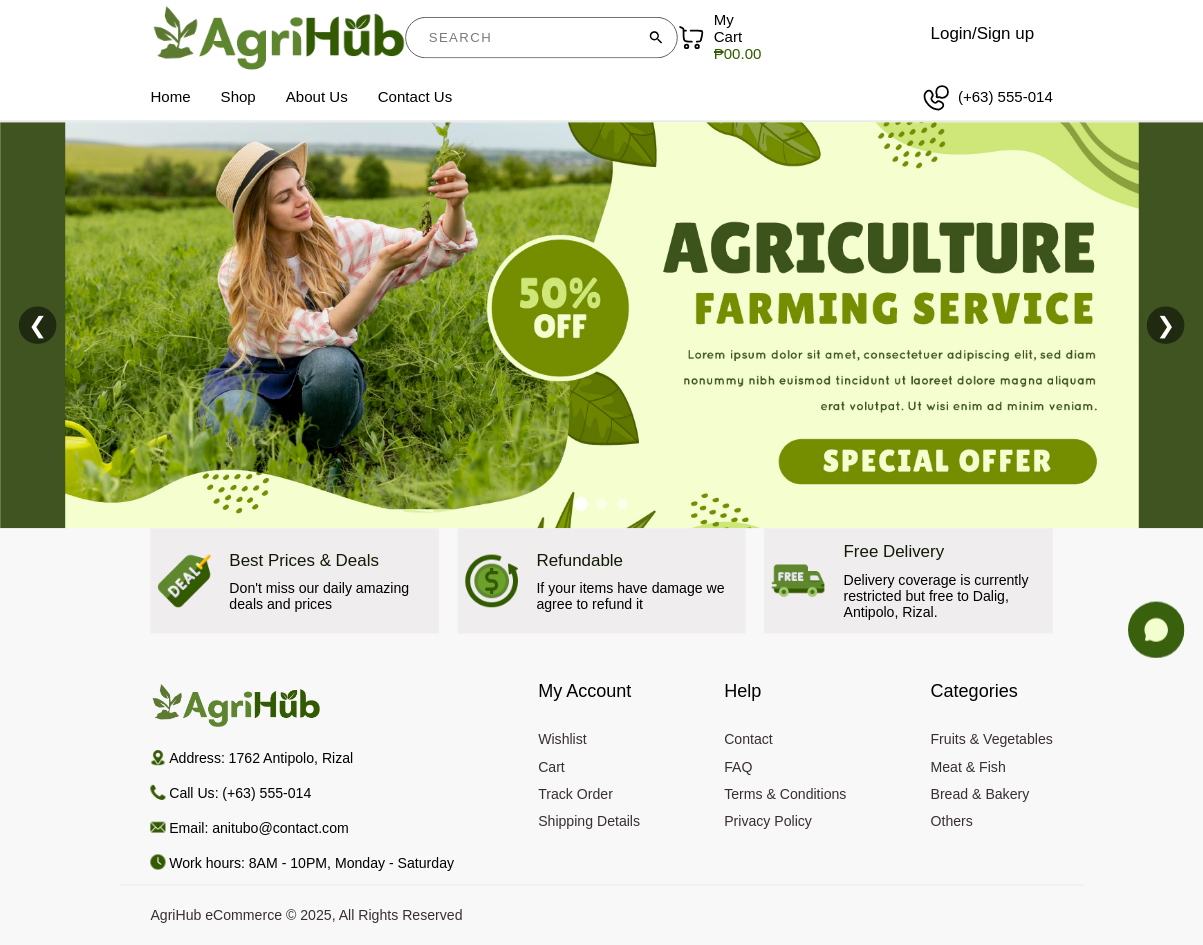
Repository: IamJanC/se2-final-project
Page: http://localhost/
The author's editor kept a copy of each file at every save. The page is drawn from the files as they stood at one save, then again after the next save.
The browser window is 1280 px wide. The pictures show the whole page, at 94% of full size.
Some web fonts or font styles are not loaded; a fallback is used. The page is served by the project's application, run on Django 5.2 (manage.py). Queries for data that is not in the repository find no rows.

Above is the page before, as saved 2025-08-10 00:41:15.
Console error: SyntaxError: Identifier 'chatLog' has already been declared

After the next save:
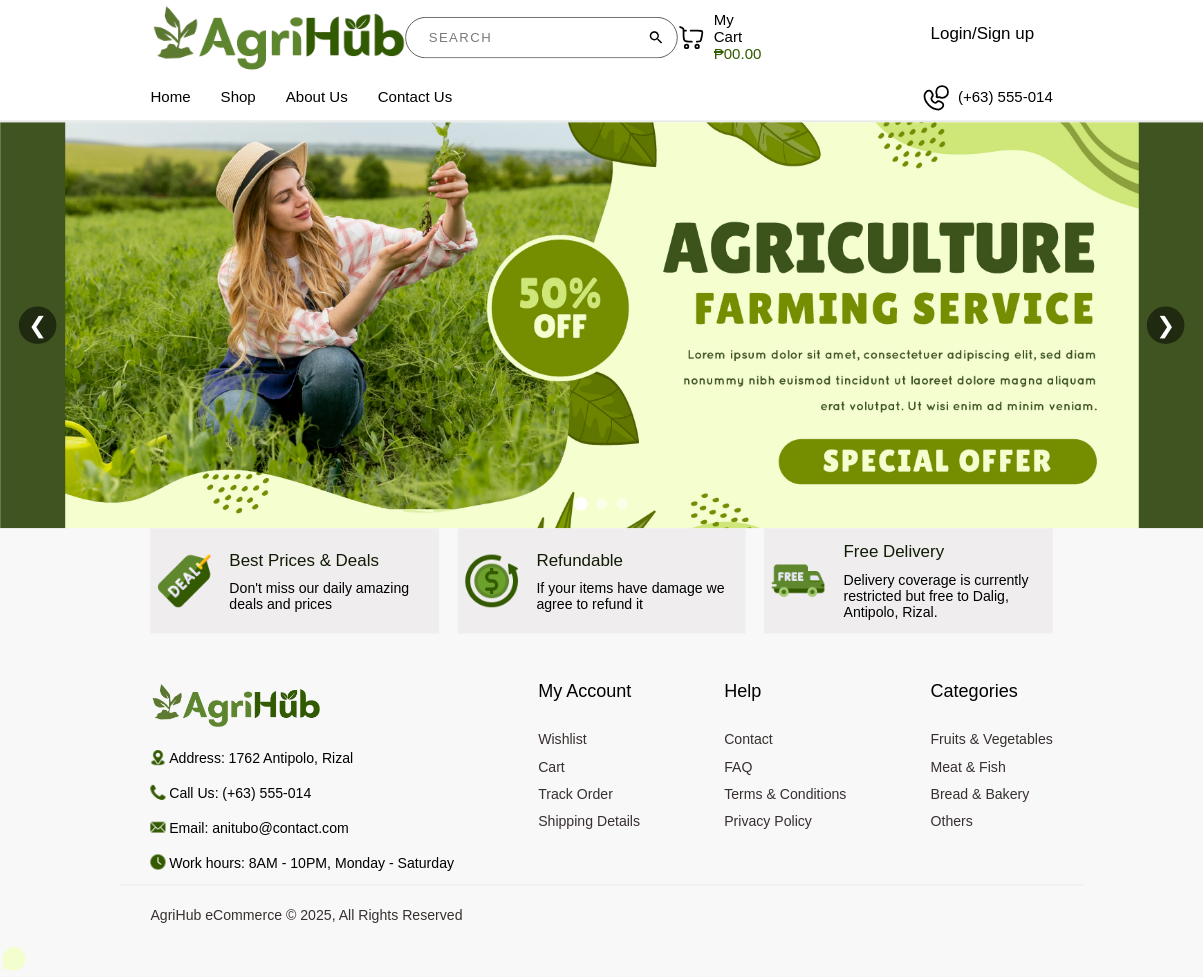
Saved 8 h 42 min later.
--- a/templates/shared/chatbot_widget.html
+++ b/templates/shared/chatbot_widget.html
@@ -1,63 +1,41 @@
 {% load static %}
 
 <!-- Floating Chat Icon -->
-<div id="chat-icon" style="
-    position: fixed;
-    bottom: 20px;
-    right: 20px;
-    background-color: #39600c;
-    color: white;
-    border-radius: 50%;
-    width: 60px;
-    height: 60px;
-    display: flex;
-    align-items: center;
-    justify-content: center;
-    font-size: 30px;
-    cursor: pointer;
-    z-index: 999;
-">
-    <svg
-        width="50"
-        height="50"
-        viewBox="0 0 24 24"
-        fill="none"
-        xmlns="http://www.w3.org/2000/svg"
-    >
-        <path d="M12 22C17.5228 22 22 17.5228 22 12C22 6.47715 17.5228 2 12 2C6.47715 2 2 6.47715 2 12C2 13.5997 2.37562 15.1116 3.04346 16.4525C3.22094 16.8088 3.28001 17.2161 3.17712 17.6006L2.58151 19.8267C2.32295 20.793 3.20701 21.677 4.17335 21.4185L6.39939 20.8229C6.78393 20.72 7.19121 20.7791 7.54753 20.9565C8.88837 21.6244 10.4003 22 12 22Z" fill="#f3fece"></path>
+<div id="chat-icon" class="chat-icon">
+    <svg viewBox="0 0 24 24" fill="none" xmlns="http://www.w3.org/2000/svg">
+        <path d="M12 22C17.5228 22 22 17.5228 22 12
+                 C22 6.47715 17.5228 2 12 2
+                 C6.47715 2 2 6.47715 2 12
+                 C2 13.5997 2.37562 15.1116 3.04346 16.4525
+                 C3.22094 16.8088 3.28001 17.2161 3.17712 17.6006
+                 L2.58151 19.8267
+                 C2.32295 20.793 3.20701 21.677 4.17335 21.4185
+                 L6.39939 20.8229
+                 C6.78393 20.72 7.19121 20.7791 7.54753 20.9565
+                 C8.88837 21.6244 10.4003 22 12 22Z"
+              fill="#f3fece"></path>
     </svg>
 </div>
 
 <!-- Chatbot Container -->
-<div id="chatbot-container" style="
-    display: none;
-    position: fixed;
-    bottom: 80px;
-    right: 20px;
-    width: 350px;
-    max-height: 500px;
-    border: 1px solid #ccc;
-    background-color: white;
-    box-shadow: 0px 0px 10px rgba(0,0,0,0.1);
-    z-index: 1000;
-    border-radius: 8px;
-    overflow: hidden;
-    flex-direction: column;
-">
-    <div id="chat-header" style="
-        background-color: #5f862c;
-        color: white;
-        padding: 10px;
-        font-weight: bold;
-        display: flex;
-        justify-content: space-between;
-        align-items: center;
-    ">
-        AgriHub Chatbot
-        <span id="close-chat" style="cursor: pointer;">✖</span>
+<div id="chatbot-container">
+    <!-- Chat Header -->
+    <div id="chat-header">
+        <span class="chat-title">AgriHub Chatbot</span>
+        <span id="close-chat" class="chat-close">✖</span>
     </div>
-    <div id="chat-log" style="padding: 10px; height: 200px; overflow-y: auto;"></div>
-    <div id="question-options" style="padding: 10px;"></div>
+
+    <!-- Chat Log -->
+    <div id="chat-log"></div>
+
+    <!-- Question Options -->
+    <div id="question-options"></div>
+
+    <!-- Complaint Form (if applicable) -->
+    <div id="complaint-form">
+        <textarea id="complaint-text" placeholder="Type your complaint here..."></textarea>
+        <button id="submit-complaint">Submit Complaint</button>
+    </div>
 </div>
 
 <!-- Load chatbot functionality -->
